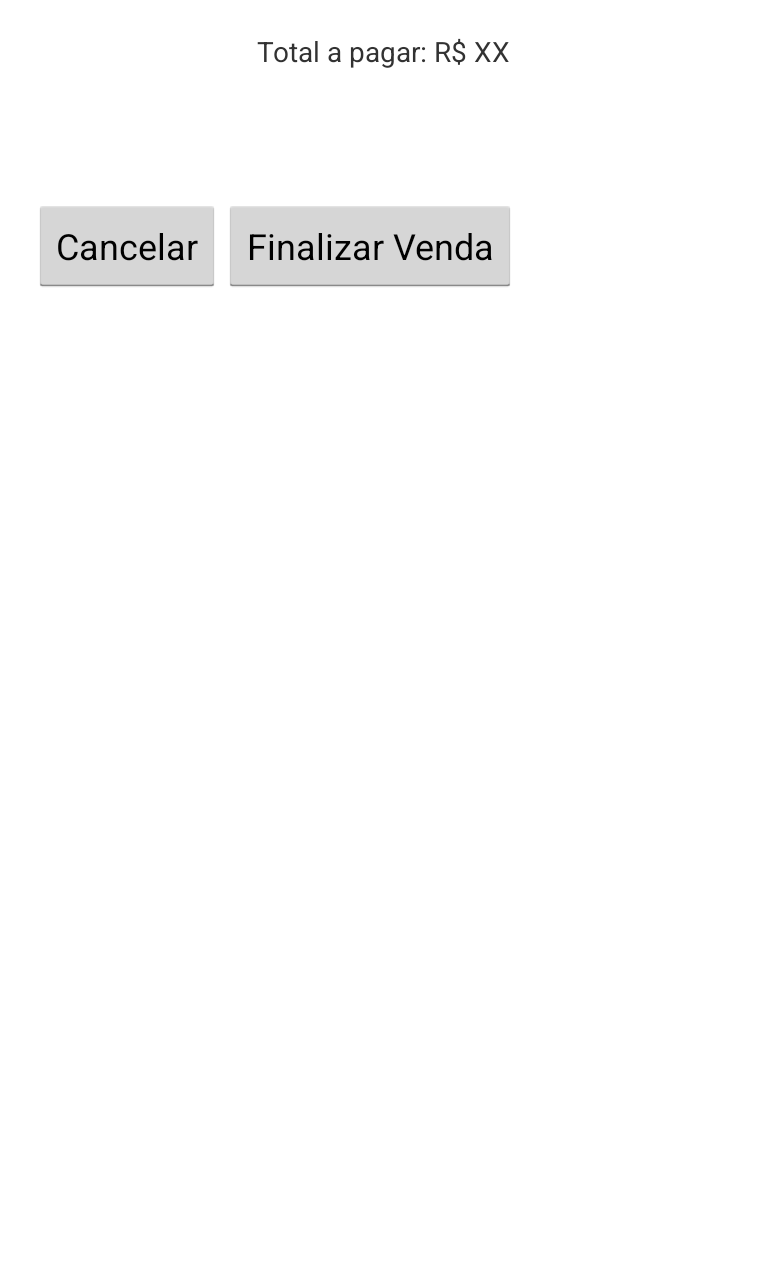
Repository: tmalveirac/mobpdv
Layout: WorkspaceAndroid/MobPDVProjet/res/layout/activity_venda.xml
An editor plug-in stored every save of this project. The layout is shown before and after the next save, followed by the edit.
It is drawn on a 768 x 1280 px phone screen (xhdpi) without system bars, with theme AppTheme; the app's code is not run. Lists and similar views that code fills are empty.

Above is the layout before, as saved 2013-06-04 13:33:52.

After the next save:
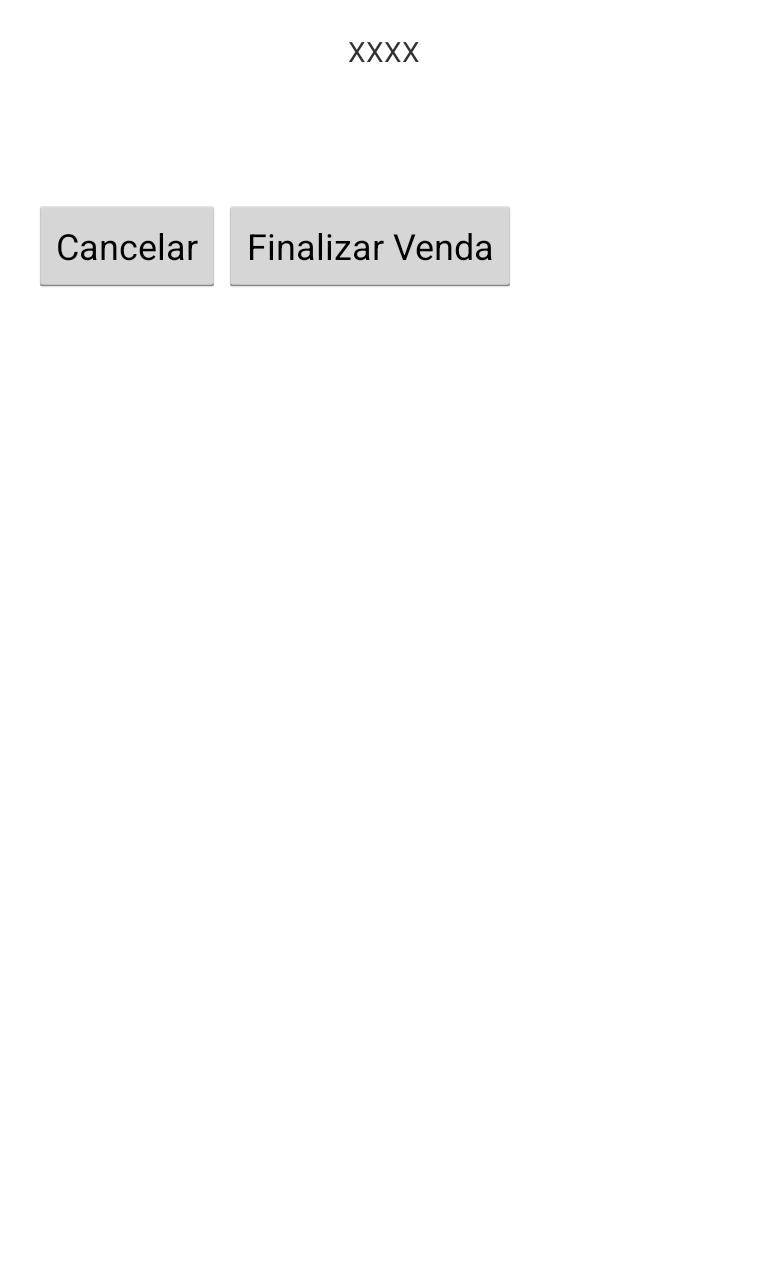
Saved 44 s later.
--- a/WorkspaceAndroid/MobPDVProjet/res/layout/activity_venda.xml
+++ b/WorkspaceAndroid/MobPDVProjet/res/layout/activity_venda.xml
@@ -13,7 +13,7 @@
         android:id="@+id/txtPedidoTotal"
         android:layout_width="wrap_content"
         android:layout_height="wrap_content"
-        android:text="@string/txtTotalPedido"
+        android:text="@string/txtPedidoTotal"
         android:layout_gravity="center_horizontal"/>
 
 
